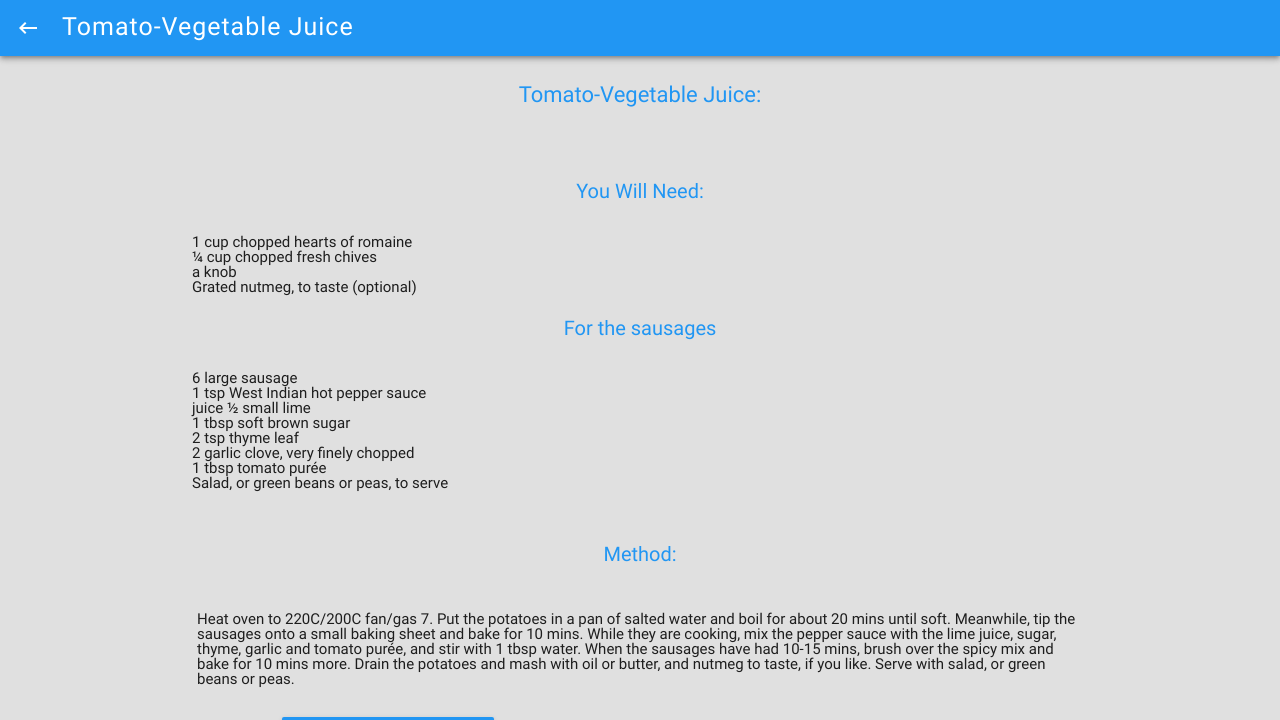
Repository: mattmoloney/vitae-2.0
Page: http://localhost/recipes/drink_recipies/drrecipie1.php
The author's editor kept a record of every edit. The page is drawn from the files as they stood at one moment, then again after the next edit.
The browser window is 1280 px wide. The pictures show the whole page.
An inner scrolling area shows only its first screen. The page is run by PHP 8.4 with error messages shown; the project is at /var/www/html/.

Above is the page before.

### recipes/drink_recipies/drrecipie1.php
<!DOCTYPE html>
<html xmlns="http://www.w3.org/1999/xhtml">

<head>
    <title>Vitae</title>
    <meta http-equiv="Content-Type" content="/html; charset=UTF-8" />
    <meta name="description" content="" />
    <meta name="keywords" content="" />
    <meta name='language' content='EN'>
    <meta name="viewport" content="width=device-width, initial-scale=1.0" />
    <link rel="icon" type="image/png" href="" />

    <link href="../../css/reset.css" rel="stylesheet" />
    <link href="https://fonts.googleapis.com/icon?family=Material+Icons" rel="stylesheet">
    <link href="https://fonts.googleapis.com/css?family=Montserrat|Oswald|Roboto" rel="stylesheet">

     <link href="../../css/materialize.min.css" rel="stylesheet" />
     <link href="../../css/style.css" rel="stylesheet" />
<?php
session_start();
?>
    </head>

    <body>

<div class="container-fluid">
    <div class="row headbar-container">
        <div class="headbar blue z-depth-2">
            <a href="../../drinksmenu.php" class="menu-icon"><i class="material-icons">keyboard_backspace</i></a>
            <div class="headtitle">Tomato-Vegetable Juice</div>
        </div>
    </div>
</div>


<div class="container">

                <h2>Tomato-Vegetable Juice:</h2>
                <br>
                <br>
                <h3>You Will Need:</h3>
                <br>
                <ul id="ingredience">
                    <li>1 cup chopped hearts of romaine</li>
                    <li>¼ cup chopped fresh chives</li>
                    <li>a knob</li>
                    <li>Grated nutmeg, to taste (optional)</li>
                </ul>
                <h3>For the sausages</h3>
                <br>
                <ul id="ingredience">
                     <li>6 large sausage</li>
                     <li>1 tsp West Indian hot pepper sauce</li>
                     <li>juice ½ small lime</li>
                     <li>1 tbsp soft brown sugar</li>
                     <li>2 tsp thyme leaf</li>
                     <li>2 garlic clove, very finely chopped</li>
                     <li>1 tbsp tomato purée</li>
                     <li>Salad, or green beans or peas, to serve</li>
                </ul>
                <br>
                <br>
                <h3>Method:</h3>
                <br>
                <br>
                <p>Heat oven to 220C/200C fan/gas 7. Put the potatoes in a pan of salted water and boil for about 20 mins until soft.
Meanwhile, tip the sausages onto a small baking sheet and bake for 10 mins. While they are cooking, mix the pepper sauce with the lime juice, sugar, thyme, garlic and tomato purée, and stir with 1 tbsp water. When the sausages have had 10-15 mins, brush over the spicy mix and bake for 10 mins more.
Drain the potatoes and mash with oil or butter, and nutmeg to taste, if you like. Serve with salad, or green beans or peas.
</p>

                     <a href="../../food.php"><input class="btn" type="submit" name="submit" value="Back to CookBook" style="margin-left: 6em; margin-bottom: 1em; margin-top: 2em;" /></a>

            </div> <!--container-->

    <script src="../../js/jquery-3.1.1.min.js"></script>
    <script type="text/javascript" src="../../js/materialize.min.js"></script>
</body>

</html>

### css/style.css
html,body
{
	transition: all 1s ease;
    width: 100%;
    height: 100%;
    margin: 0px;
    padding: 0px;
    overflow-x: hidden;
    background-color: #e0e0e0;
}

[type="radio"]:not(:checked), [type="radio"]:checked {
    position: relative;
    left: 0px;
    opacity: 1;
    margin-left:15px;
}

input, button, submit
{
  border:none;
  background  : none;
}

select {
    display: block!important;
    margin: 5px 0px;
}

h1{

    color: #2196F3;
    font-size: 30px;
    text-align: center;
}

h2{

    color: #2196F3;
    font-size: 22px;
    text-align: center;
}

h3 {

    color: #2196F3;
    font-size: 20px;
    text-align: center;
}

h4 {

    color: #000;
    font-size: 24px;
    text-align: left;
    padding-top: 15px;
    padding-left: 5px;
}

h5{

    color: #2196F3;
    font-size: 20px;
    text-align: left;
    padding-left: 5px;
}

p{

    padding-left: 5px;
}

.btn, .btn-large {
    background-color: #2196F3!important;
}

.nostyle {
	color: inherit;
	text-decoration: none;
}

.separator {
    height: 1px;
    width: 100%;
    background-color: #DDDDDD;
    margin : 15px 0px;
}

/**homepage**/

.menu-row {
    height: 140px;
}

.container-index {
    margin-top: 50px;
}

.blue-circle-left {
    border-radius: 50%;
	width: 75px;
	height: 75px;
    float: left;
    background-color: #2196F3;
}

.blue-circle-right {
    border-radius: 50%;
	width: 75px;
	height: 75px;
    float: right;
    background-color: #2196F3;
}

.icon-circle {
    color:white;
    margin-top: 0.4em;
    margin-left:0.45em;
    margin-right:auto;
    font-size: 40px;
}

.category-name {
    text-align: center;
    font-size: 22px;
    margin-top: 22px;
    color: #555555;

}

.menu-subgroup {
    width: 75px;
    margin-left: auto;
    margin-right: auto;
    display: block;
}

.btn-track-index {
    width: 100%;
    margin: 10px 0px;
}

/**cookbook**/

.menu-btn {
    width: 150px;
}

.container-food {

    margin-top: 50px;
}

.best_recipies {

    background-color: #fff;
    color: #DDD;
}


/******Topbar****/

.headbar-container {
    width:100%;
    margin:0;
    height:56px;
    z-index:90;
}


.headbar {
    width:100%;
    margin:0;
    height:56px;
    z-index:90;
    position: relative
}

.menu-icon {
    width:24px;
    font-size:48px;
    color:white;
    margin-left:16px;
    float: left;
}

.menu-icon-down {
    width:24px;
    font-size:48px;
    color:white;
    margin-top: 0.3em;
    margin-left:16px;
    float: left;
}

.headtitle {
    color:white;
    font-size: 25px;
    float: left;
    margin-left:22px;
    line-height: 54px;
    letter-spacing: 1px;
}

.menu-icon-share {
    width:24px;
    height:56px;
    font-size:48px;
    color:white;
    margin-right:16px;
    float: right;
}

.menu-icon-profile {
    width:24px;
    height:56px;
    font-size:48px;
    color:white;
    margin-right:16px;
    float: right;
}

.menu-icon-profile-down {
    width:24px;
    height:56px;
    font-size:48px;
    color:white;
    margin-top: 0.3em;
    margin-right:16px;
    float: right;
}

/******Profile page****/

.not-logged-p {
    margin-top:20px;
    font-size: 18px;
    line-height: 25px;
}

.sub-headbar {
    width:100%;
    margin-top:0px;
    height:42px;
    z-index:20;
}

.profile-name {
    color:white;
    font-size: 18px;
    float: left;
    margin-left:20px;
    line-height: 42px;
}

.profile-row h5 {
    font-size: 18px;
    margin-top: 15px;
    text-align: center;
    font-weight: 700;
    color: #212121;
}

.profile-photo {
    border-radius: 50%;
    margin-left:auto;
    margin-right:auto;
	width: 110px;
	height: 110px;
    background-color: #2196F3;
}

.profile-photo img{
	width: 100px;
	height: 100px;
    margin-top:5px;
}

.profile-infos {
    text-align: left;
    margin-top:20px;
}


.card-profile {
    display:block;
    width:100%;
    padding:20px;
}

.profile-title {
    font-weight: 700;
    font-size: 19px;
    margin-bottom: 15px;
    color: #212121;
}

.profile-othertitle{
    font-size: 17px;
    margin-bottom: 10px;
    color: #212121;
}

.profile-title a {
    float: right;
}

.profile-subtitle {
    margin-bottom: 5px;
}

.profile-link  {
    width: 100%;
}

.records-cont {
    margin-bottom: 12px;
    margin-left:7px;
}

.profile-save {
    width: 100%;
    margin-top: 10px;
}

.form-entry {
    margin: 10px 0px;
}

.select-img {
    margin-top: 20px;
    text-align:center;
}

.select-img img {
    height:80px;
    width:80px;
}



/******Register page****/

.form-register{

    width: 90%;
    margin-left: 1.5em;
    margin-top: 3em;
}

/******Login page****/


.login-form {
    margin-top: 20px;
}
.register-now-container {
    margin-top:30px;
}

/******trackers page****/
.container-weight {
}

.current-weight-title {
    text-align:center;
    font-weight: 700;
    font-size: 22px;
    margin-bottom:20px;
}

.actual-weight {
    color: #2196F3;
}

.weight-tl {
    width: 94%;
    margin-top: 30px;
    margin-left: 3%;
    margin-right: 3%;
    padding-bottom:0px;
    text-align:center;
}

.weight-lines {
    text-align:center;
}

.weight-line {
    font-size: 18px;
    margin-bottom: 15px;
}

.current-sleep-title {
    font-weight:700;
    font-size: 22px;
    margin-bottom:15px;
}

.current-sleep-subtitle {
    font-size: 18px;
    margin-bottom:15px;
}


.sleep-btn{
    margin-top: 20px;
}


/******sports page****/
.sport-submit {
    margin-left: auto;
    margin-right:auto;
    display:block;
}
.input-group {
    margin: 10px 0px;
}

.form-sport{

    width: 90%;
    margin-left: 1.5em;
}

.activities-sport {
    margin-top:20px;
}

.sport-tl-firstline {
    font-size: 16px;
    margin-bottom: 10px;
}

.sport-tl-secondline {
    font-size: 14px;
}

Loaded but not shown: css/reset.css (common file); css/materialize.min.css (library); js/jquery-3.1.1.min.js (library); js/materialize.min.js (library)

After the next edit:
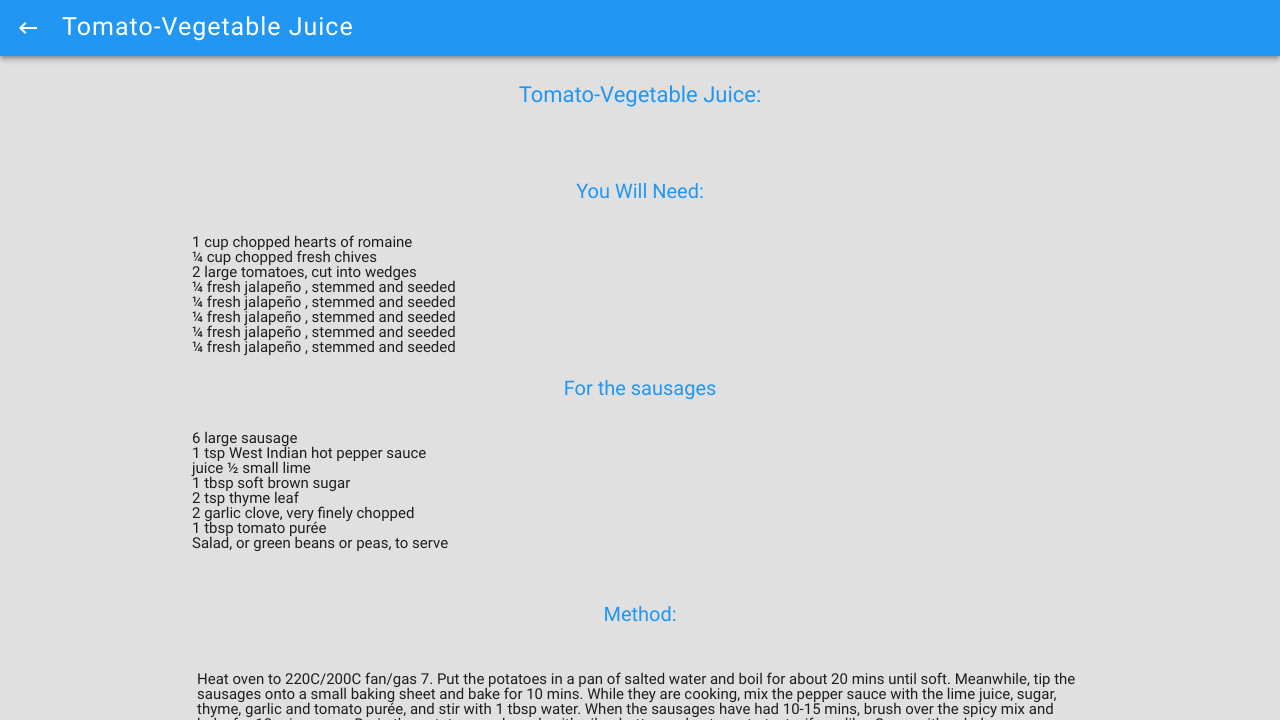
The edit:
--- a/recipes/drink_recipies/drrecipie1.php
+++ b/recipes/drink_recipies/drrecipie1.php
@@ -43,8 +43,12 @@
                 <ul id="ingredience">
                     <li>1 cup chopped hearts of romaine</li>
                     <li>¼ cup chopped fresh chives</li>
-                    <li>a knob</li>
-                    <li>Grated nutmeg, to taste (optional)</li>
+                    <li>2 large tomatoes, cut into wedges</li>
+                    <li>¼ fresh jalapeño , stemmed and seeded</li>
+                    <li>¼ fresh jalapeño , stemmed and seeded</li>
+                    <li>¼ fresh jalapeño , stemmed and seeded</li>
+                    <li>¼ fresh jalapeño , stemmed and seeded</li>
+                    <li>¼ fresh jalapeño , stemmed and seeded</li>
                 </ul>
                 <h3>For the sausages</h3>
                 <br>
